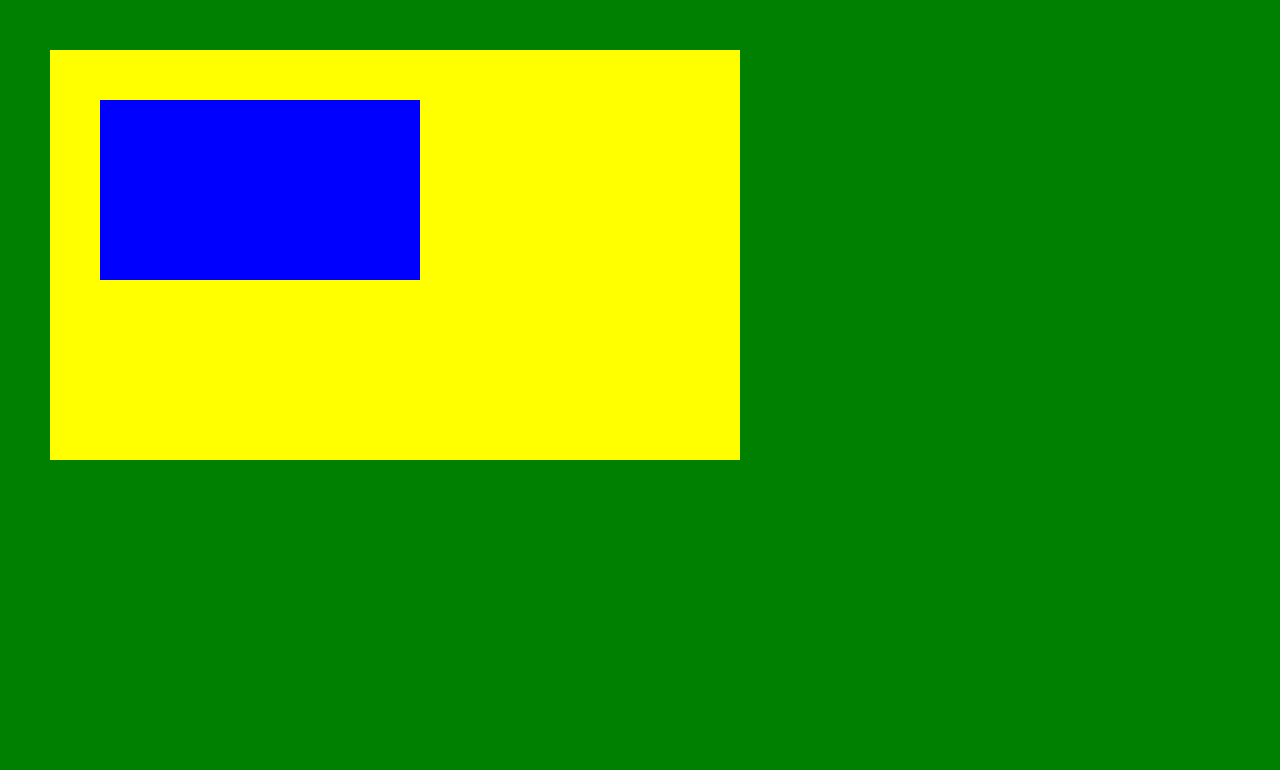
Repository: wonjunknag/kakao-clone
Page: 02-box-model/index.html
These files come from the project's save history. The page is drawn as it stood at one moment and after the next save; the edit follows.
The browser window is 1280 px wide. The pictures show the whole page.

Above is the page before, as saved 2020-06-30 23:00:18.

After the next save:
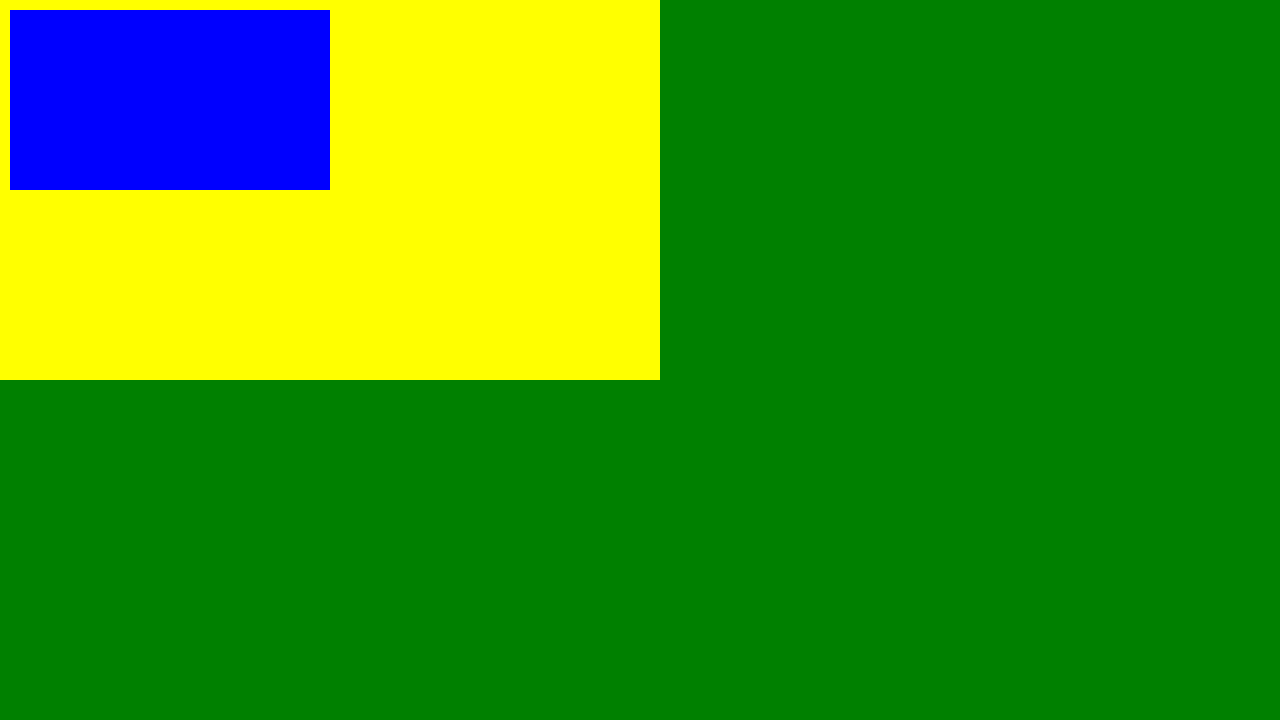
Saved 60 s later.
--- a/02-box-model/index.html
+++ b/02-box-model/index.html
@@ -17,10 +17,7 @@
         background-color: yellow;
         width: 50%;
         height: 50%;
-        padding-top: 50px;
-        padding-left: 50px;
-        margin-top: 50px;
-        margin-left: 50px;
+        padding: 10px;
       }
       .inside-box {
         background-color: blue;
